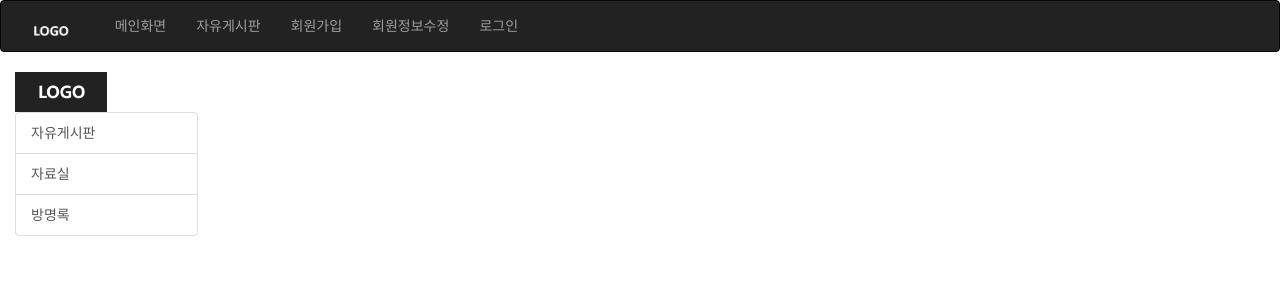
Repository: bhj305/JSP_Bulletin_Board
Page: http://localhost/BulletinBoard/14MVCBoard/Default.jsp
An editor plug-in stored every save of this project. The page is shown before and after the next save, followed by the edit.
The browser window is 1280 px wide. The pictures show the whole page.
The page is served by Tomcat 10. Other server files are loaded and not shown.

Above is the page before, as saved 2025-05-17 03:56:22.

### BulletinBoard/src/main/webapp/14MVCBoard/Default.jsp
<%@ page language="java" contentType="text/html; charset=UTF-8"
    pageEncoding="UTF-8"%>
<!DOCTYPE html>
<html>
	<head>
		<meta charset="UTF-8">
		<title>메인페이지</title>
	</head>
	<body>
		<jsp:include page="../Common/Link.jsp"></jsp:include>
		<div class="col-sm-2">
            <img src="../images/logo.png" alt="" style="height: 40px;">
            <div class="list-group">
                <a class="list-group-item list-group-item-action " href="#">자유게시판</a><!-- active 생략 -->
                <a class="list-group-item list-group-item-action" href="#" >자료실</a>
                <a class="list-group-item list-group-item-action" href="#">방명록</a>
            </div>
        </div>
	</body>
</html>

### BulletinBoard/src/main/webapp/Common/Link.jsp
<%@ page language="java" contentType="text/html; charset=UTF-8"
    pageEncoding="UTF-8"%>
<!DOCTYPE html>
<html>
	<head>
		<meta charset="UTF-8">
		<title>메인페이지</title>
	<!-- bootstrap  -->
	<link rel="stylesheet" href="https://maxcdn.bootstrapcdn.com/bootstrap/3.4.1/css/bootstrap.min.css">
	      <script src="https://ajax.googleapis.com/ajax/libs/jquery/3.7.1/jquery.min.js"></script>
	      <script src="https://maxcdn.bootstrapcdn.com/bootstrap/3.4.1/js/bootstrap.min.js"></script>
	      <link rel="stylesheet" href="https://cdnjs.cloudflare.com/ajax/libs/font-awesome/4.7.0/css/font-awesome.min.css">
	</head>
	<body>
		<nav class="navbar navbar-inverse">
            <div class="navbar-header">
                <a class="navbar-brand" href="#">
                  <img src="../images/logo.png" alt="" style="height: 30px;">
                </a>
            </div>
            <div class="container">
                <div class="btn-group">
                    <ul class="nav navbar-nav">
                        <li><a href="../14MVCBoard/Default.jsp">메인화면</a></li>
                        <li><a href="../mvcboard/list.do">자유게시판</a></li>
                        <li >
                        <% if(session.getAttribute("UserId") == null) {%>
                            <a href="../00Board/SignUp.jsp">회원가입</a>
                            <% } %>
                        </li>
                        <li><a href="#">
                            회원정보수정</a></li>
                        <li>
                        <% if (session.getAttribute("UserId") == null) { %>
                            <a href="../00Board/LoginForm.jsp">로그인</a>
                        <% } else { %>
                            <a href="../00Board/Logout.jsp">로그아웃</a>
                            <li>
                            <a href="../00Board/MyPage.jsp">마이페이지</a>
                            </li>
                        <% } %>
                        </li>
                    </ul>
                </div>
            </div>
        </nav>
	</body>
</html>

After the next save:
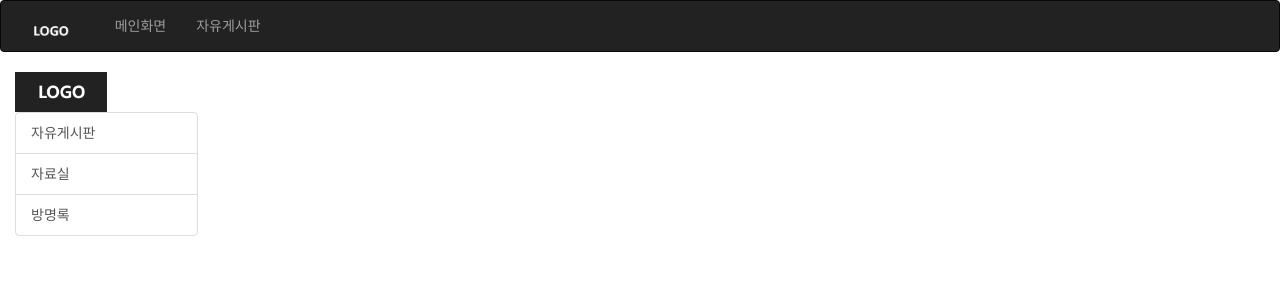
Saved 26 s later.
--- a/BulletinBoard/src/main/webapp/Common/Link.jsp
+++ b/BulletinBoard/src/main/webapp/Common/Link.jsp
@@ -23,23 +23,6 @@
                     <ul class="nav navbar-nav">
                         <li><a href="../14MVCBoard/Default.jsp">메인화면</a></li>
                         <li><a href="../mvcboard/list.do">자유게시판</a></li>
-                        <li >
-                        <% if(session.getAttribute("UserId") == null) {%>
-                            <a href="../00Board/SignUp.jsp">회원가입</a>
-                            <% } %>
-                        </li>
-                        <li><a href="#">
-                            회원정보수정</a></li>
-                        <li>
-                        <% if (session.getAttribute("UserId") == null) { %>
-                            <a href="../00Board/LoginForm.jsp">로그인</a>
-                        <% } else { %>
-                            <a href="../00Board/Logout.jsp">로그아웃</a>
-                            <li>
-                            <a href="../00Board/MyPage.jsp">마이페이지</a>
-                            </li>
-                        <% } %>
-                        </li>
                     </ul>
                 </div>
             </div>
